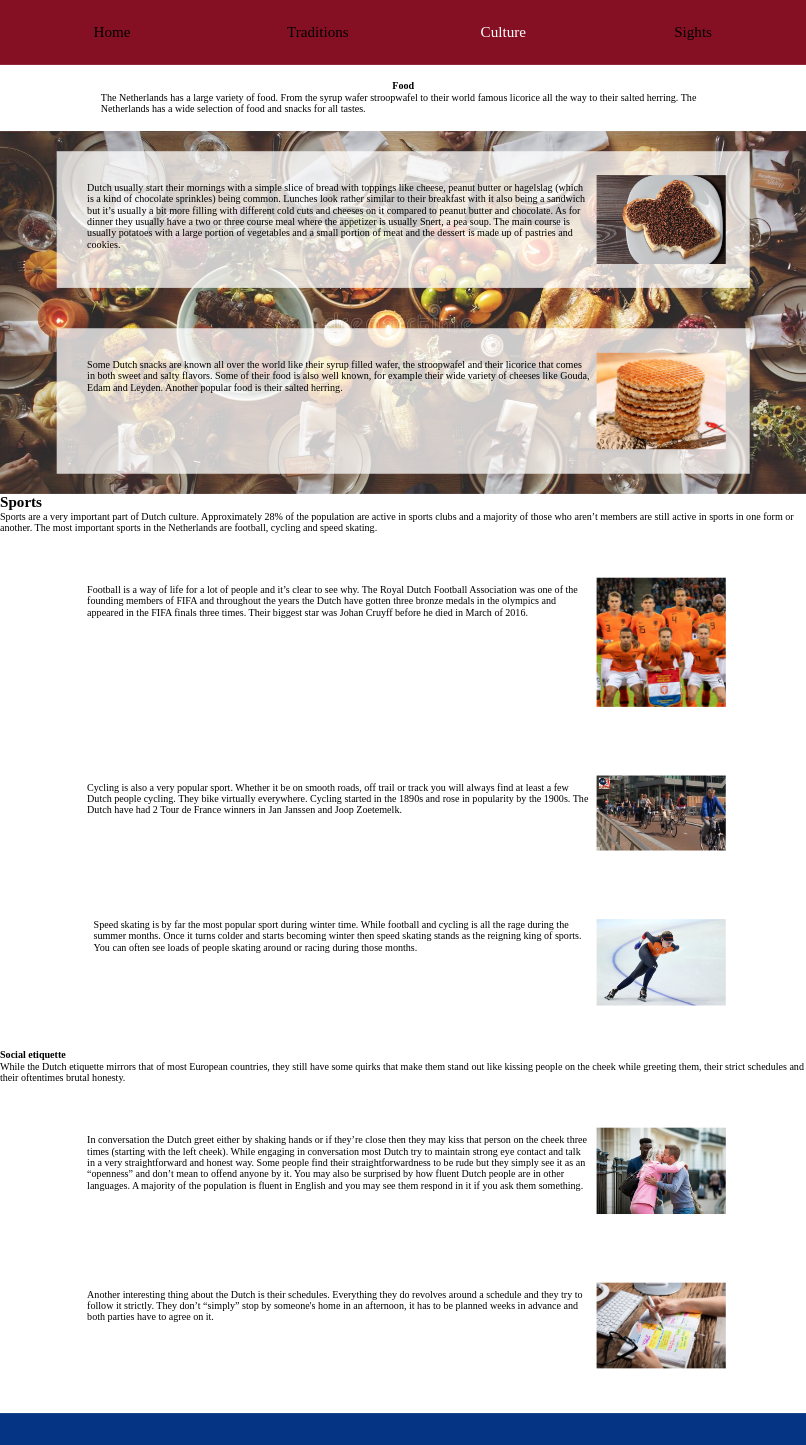
Repository: Cornman63/The-netherlands
Page: html/culture.html
These files come from the project's save history. The page is drawn as it stood at one moment and after the next save; the edit follows.
The browser window is 1280 px wide. The pictures show the whole page, at 63% of full size.

Above is the page before, as saved 2023-05-28 13:10:29.

After the next save:
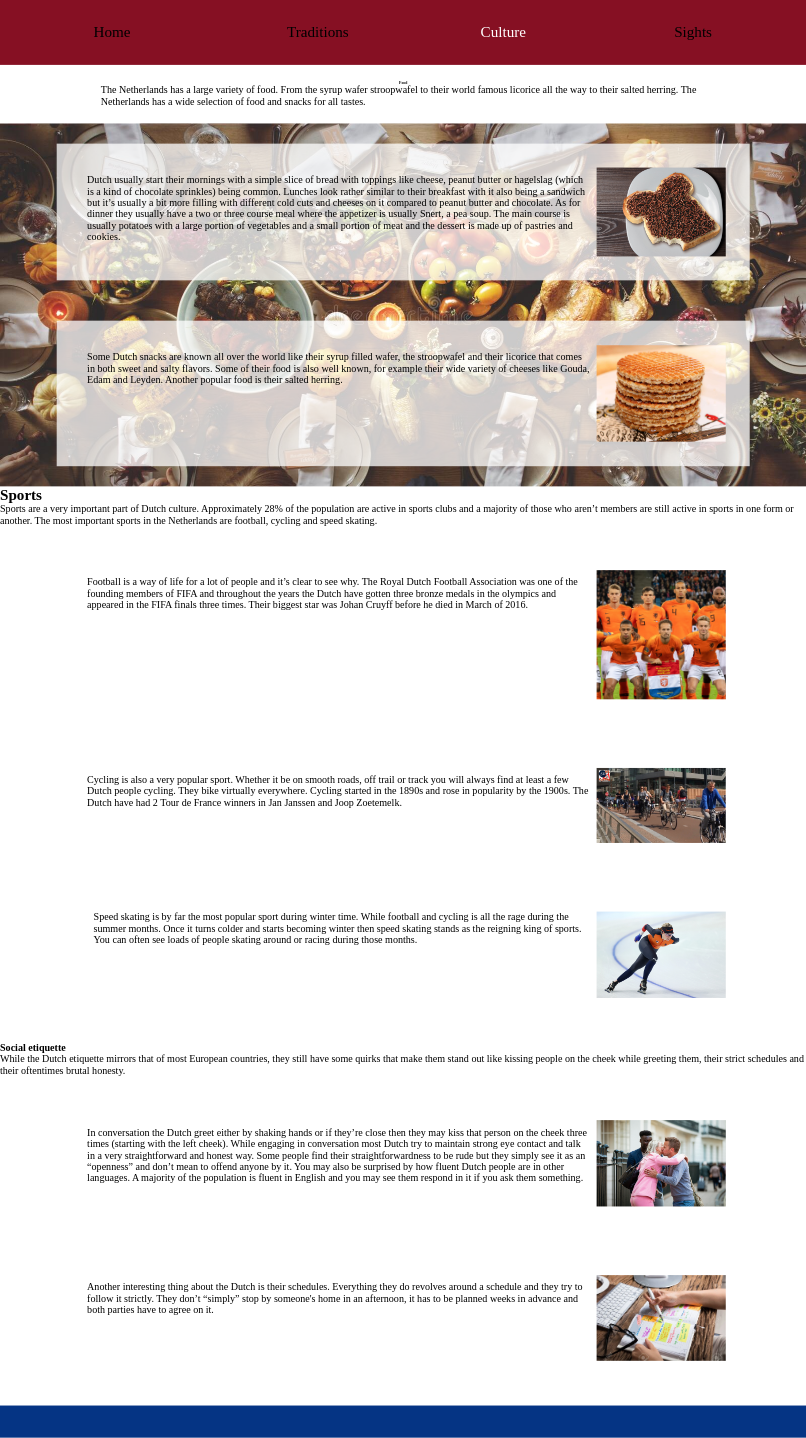
Saved 9 s later.
--- a/CSS/style2.css
+++ b/CSS/style2.css
@@ -54,7 +54,7 @@ footer{
     align-content:center;
     margin-top: 2%;
     text-align: center;
-    font-size: 100;
+    font-size:10%;
 }
 .food {
     margin-bottom: 2%;
